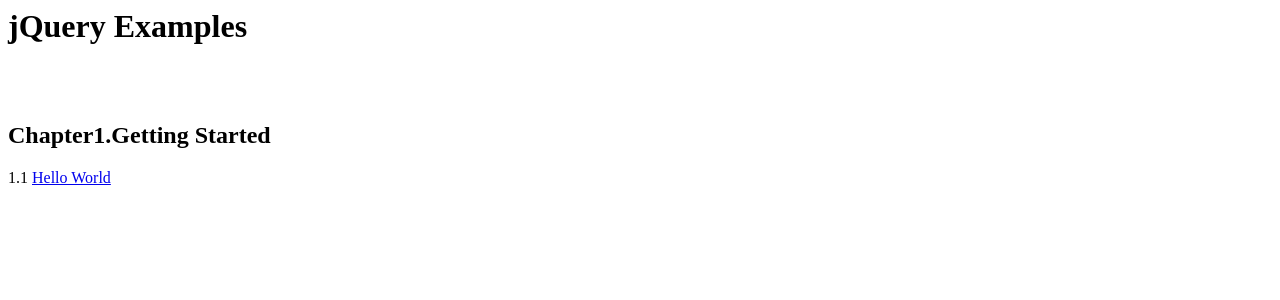
Repository: sudheerj/jQuery
Page: jQueryExamples/chapter01/index.html
These files come from the project's save history. The page is drawn as it stood at one moment and after the next save; the edit follows.
The browser window is 1280 px wide. The pictures show the whole page.

Above is the page before, as saved 2016-10-20 02:57:21.

After the next save:
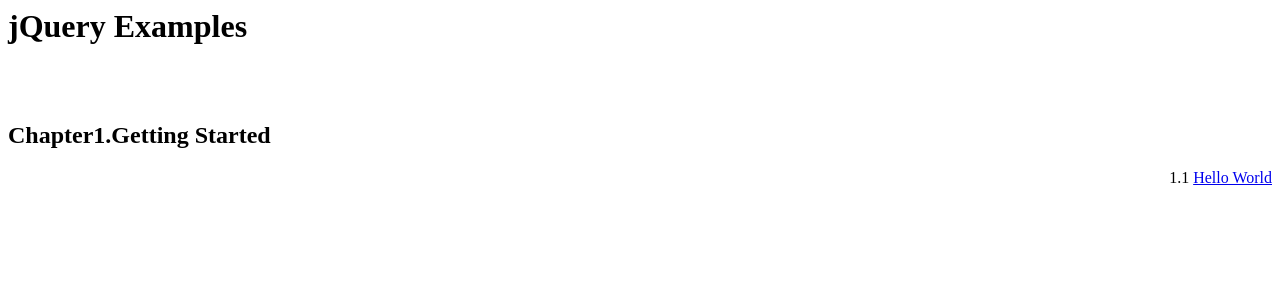
Saved 64 s later.
--- a/jQueryExamples/chapter01/index.html
+++ b/jQueryExamples/chapter01/index.html
@@ -1,4 +1,4 @@
 <h1>jQuery Examples</h1><br /><br />
 
 <h2>Chapter1.Getting Started<br /></h2>
-      1.1 <a href="HelloWorld.html" target="_blank">Hello World</a>
+      <span style="float: right">1.1 <a href="HelloWorld.html" target="_blank">Hello World</a></span>

After the save that followed:
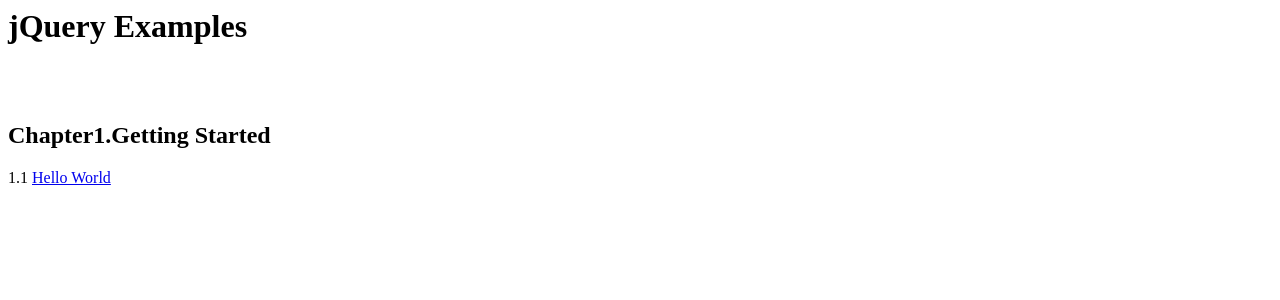
Saved 19 s later.
--- a/jQueryExamples/chapter01/index.html
+++ b/jQueryExamples/chapter01/index.html
@@ -1,4 +1,4 @@
 <h1>jQuery Examples</h1><br /><br />
 
 <h2>Chapter1.Getting Started<br /></h2>
-      <span style="float: right">1.1 <a href="HelloWorld.html" target="_blank">Hello World</a></span>
+      <span style="float: center">1.1 <a href="HelloWorld.html" target="_blank">Hello World</a></span>
